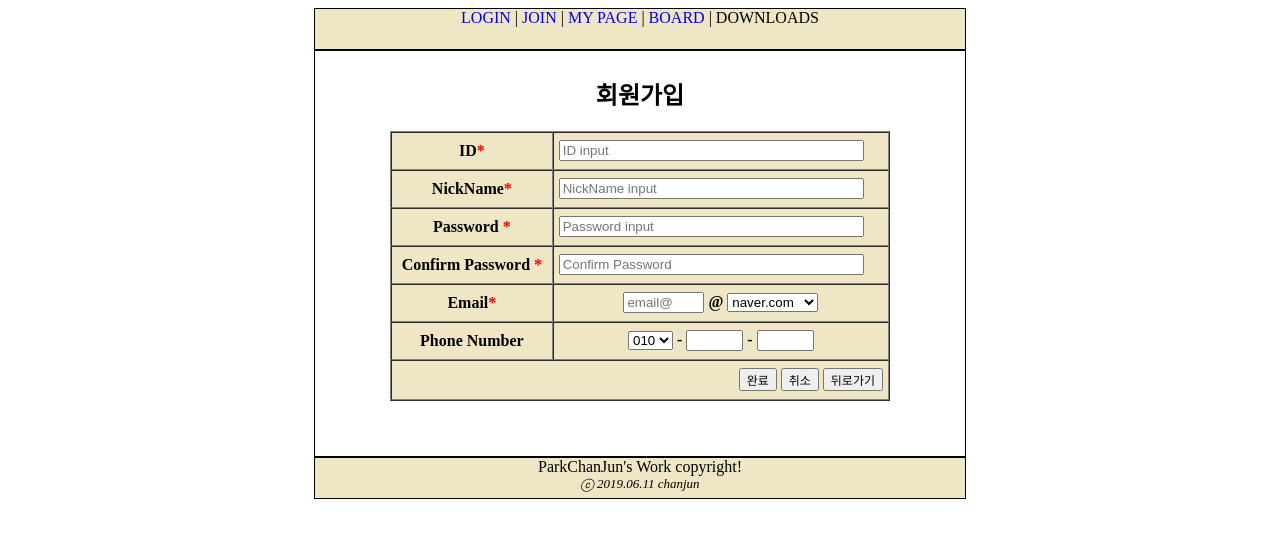
Repository: slolee/Spring-Board
Page: http://localhost/spring_project/WEB-INF/views/member/joinView.jsp
The author's editor kept a copy of each file at every save. The page is drawn from the files as they stood at one save, then again after the next save.
The browser window is 1280 px wide. The pictures show the whole page.
The page is served by Tomcat 9. Nobody is signed in. The template is opened directly, without the code that normally fills it, so the values that code supplies are empty.

Above is the page before, as saved 2019-06-17 02:24:48.

After the next save:
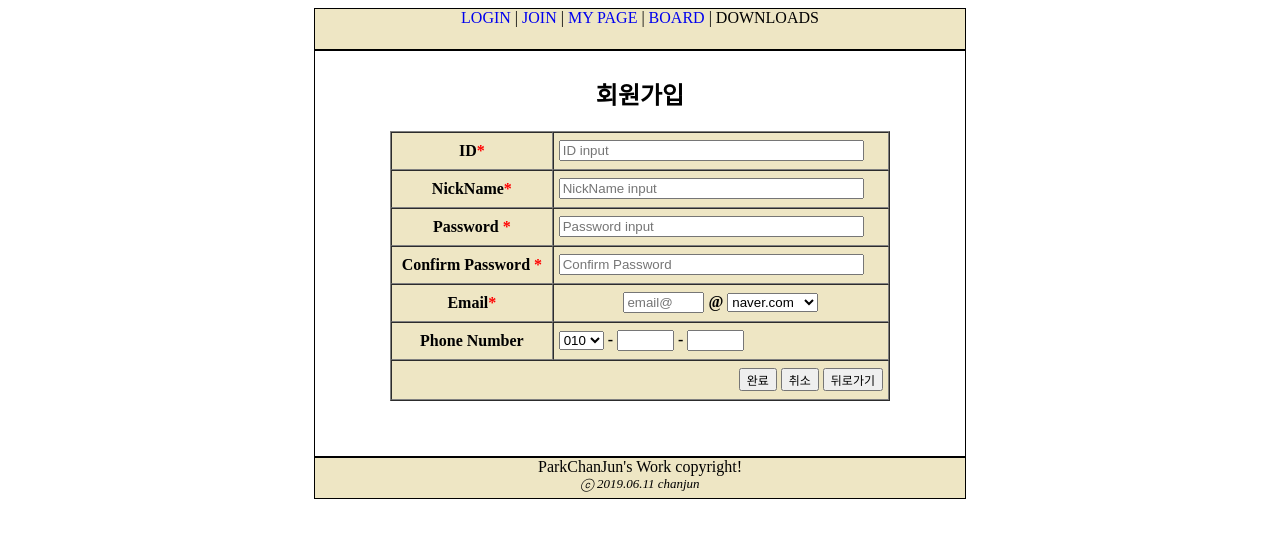
Saved 11 s later.
--- a/spring_project/src/main/webapp/WEB-INF/views/member/joinView.jsp
+++ b/spring_project/src/main/webapp/WEB-INF/views/member/joinView.jsp
@@ -50,7 +50,7 @@
 
 			<tr>
 				<th>Phone Number</th>
-				<th>
+				<th align="left">
 					<select name="phone_number1">
 						<option value="010">010</option>
 						<option value="011">011</option>
